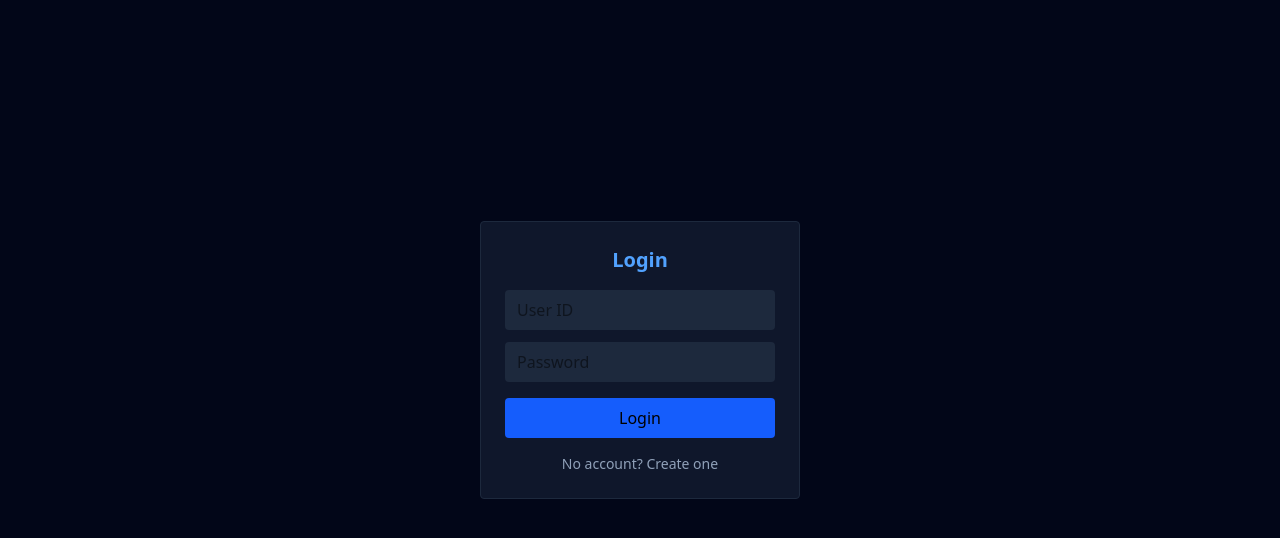
Repository: pgyunknown/pgyXmark
Page: /
These files come from the project's save history. The page is drawn as it stood at one moment and after the next save; the edit follows.
The browser window is 1280 px wide. The pictures show the whole page.
The project was rebuilt for these pictures with package versions that can differ from the ones it lists, and the page was loaded fresh each time. Also part of the build but not shown: vite.config.js, src/components/Sidebar.jsx, src/components/BookmarkList.jsx, src/components/BookmarkPanel.jsx.

Above is the page before, as saved 2026-01-12 18:28:13.

After the next save:
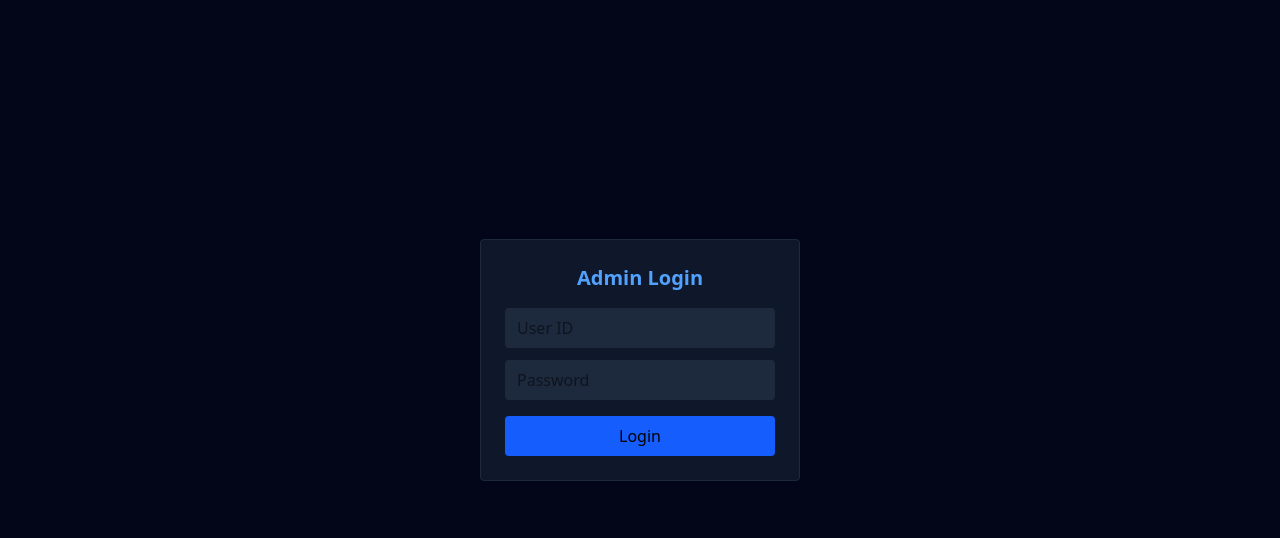
Saved 41 min 20 s later.
--- a/src/components/Auth.jsx
+++ b/src/components/Auth.jsx
@@ -1,20 +1,8 @@
 import { useState } from "react";
 
-/**
- * IMPORTANT:
- * Supabase ONLY accepts real, valid email domains.
- * example.com is guaranteed to work.
- */
-const DOMAIN = "example.com";
-
-function toEmail(userId) {
-  return `${userId}@${DOMAIN}`;
-}
-
-export default function Auth({ onLogin, onSignup }) {
+export default function Auth({ onLogin }) {
   const [userId, setUserId] = useState("");
   const [password, setPassword] = useState("");
-  const [isSignup, setIsSignup] = useState(false);
   const [loading, setLoading] = useState(false);
 
   async function handleSubmit(e) {
@@ -22,17 +10,11 @@ export default function Auth({ onLogin, onSignup }) {
     setLoading(true);
 
     try {
-      const email = toEmail(userId.trim().toLowerCase());
-
-      if (isSignup) {
-        await onSignup(email, password);
-        alert("Account created. You can now log in.");
-        setIsSignup(false);
-      } else {
-        await onLogin(email, password);
-      }
-    } catch (err) {
-      alert(err.message || "Authentication failed");
+      // single admin email (hard bound)
+      const email = "pgydev1846058@gmail.com";
+      await onLogin(email, password);
+    } catch {
+      alert("Invalid credentials");
     } finally {
       setLoading(false);
     }
@@ -45,7 +27,7 @@ export default function Auth({ onLogin, onSignup }) {
         className="bg-slate-900 p-6 rounded w-80 border border-slate-800"
       >
         <h1 className="text-xl font-semibold mb-4 text-blue-400 text-center">
-          {isSignup ? "Create Account" : "Login"}
+          Admin Login
         </h1>
 
         <input
@@ -54,7 +36,7 @@ export default function Auth({ onLogin, onSignup }) {
           required
           value={userId}
           onChange={(e) => setUserId(e.target.value)}
-          className="w-full px-3 py-2 mb-3 bg-slate-800 rounded outline-none"
+          className="w-full px-3 py-2 mb-3 bg-slate-800 rounded"
         />
 
         <input
@@ -63,24 +45,15 @@ export default function Auth({ onLogin, onSignup }) {
           required
           value={password}
           onChange={(e) => setPassword(e.target.value)}
-          className="w-full px-3 py-2 mb-4 bg-slate-800 rounded outline-none"
+          className="w-full px-3 py-2 mb-4 bg-slate-800 rounded"
         />
 
         <button
           disabled={loading}
           className="w-full py-2 bg-blue-600 rounded disabled:opacity-50"
         >
-          {loading ? "Please wait..." : isSignup ? "Sign Up" : "Login"}
+          {loading ? "Checking..." : "Login"}
         </button>
-
-        <p
-          className="mt-4 text-sm text-slate-400 text-center cursor-pointer"
-          onClick={() => setIsSignup(!isSignup)}
-        >
-          {isSignup
-            ? "Already have an account? Login"
-            : "No account? Create one"}
-        </p>
       </form>
     </div>
   );
